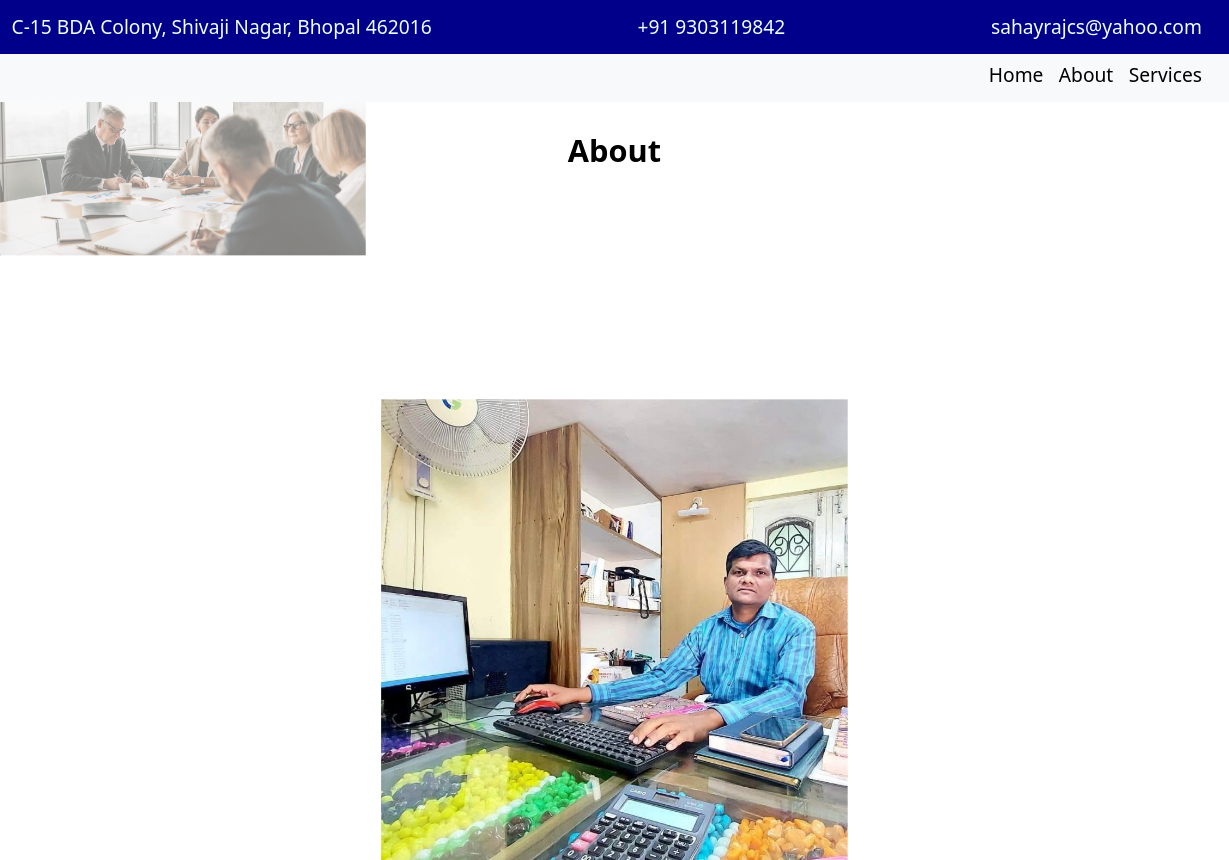
Repository: aayushiss/CS-RSS
Page: about.html
The author's editor kept a copy of each file at every save. The page is drawn from the files as they stood at one save, then again after the next save.
The browser window is 1280 px wide. The pictures show the whole page, at 96% of full size.

Above is the page before, as saved 2025-05-16 20:25:39.

### about.html
<!DOCTYPE html>
<html lang="en">
    <head>
        <meta charset="UTF-8">
        <meta name="viewport" content="width=device-width, initial-scale=1.0">
        <title>R. S. Shrivastava</title>
        <link href="https://cdn.jsdelivr.net/npm/bootstrap@5.3.3/dist/css/bootstrap.min.css" rel="stylesheet"
            integrity="sha384-QWTKZyjpPEjISv5WaRU9OFeRpok6YctnYmDr5pNlyT2bRjXh0JMhjY6hW+ALEwIH" crossorigin="anonymous">
        <link rel="stylesheet" type="text/css" href="style.css">
    </head>
<body>
    <nav class="navbar fixed-top custom-navbar">
        <div class="container-fluid d-flex justify-content-between">
            <a class="navbar-brand"
                href="https://www.google.com/maps/place/R+S+SHRIVASTAVA+%26+ASSOCIATES/@23.2288499,77.4244091,17z/data=!3m1!4b1!4m6!3m5!1s0x397c425fada83073:0xcb1e8ba90a487f4e!8m2!3d23.228845!4d77.426984!16s%2Fg%2F1td0r8v9?entry=ttu&g_ep=EgoyMDI1MDUxMi4wIKXMDSoASAFQAw%3D%3D"
                target="_blank">C-15 BDA Colony, Shivaji Nagar, Bhopal 462016</a>
            <a class="navbar-brand" href="" tel:+919303119842"">+91 9303119842</a>
            <a class="navbar-brand" href="mailto:sahayrajcs@yahoo.com">sahayrajcs@yahoo.com</a>
        </div>
    </nav>
    <div class="navbar-space"></div>

    <nav class="navbar sticky-top second-navbar bg-light">
        <div class="container-fluid d-flex justify-content-end">
            <a class="navbar-brand" href="index.html">Home</a>
            <a class="navbar-brand" href="about.html">About</a>
            <a class="navbar-brand" href="services.html">Services</a>
        </div>
    </nav>

    <div class="position-relative" style="margin-bottom: 150px;" id="contact-section">
        <img src="images/haveAQuery.jpg" class="img-fluid" alt="..."
            style="opacity: .5; height: 10rem; width: fit-content;">
        <h2 class="position-absolute start-50 translate-middle-x text-black fw-bold" style="top: 20%;">
            About
        </h2>
    </div>
    <div class="text-center">
        <img src="images/AboutImage.jpeg" class="img-fluid" style="height: 30rem;">
    </div>
</body>
</html>

### style.css
.custom-navbar {
    background-color: darkblue;
}

.custom-navbar .navbar-brand {
    color: azure;
}

.navbar-space {
    margin-top: 50px;
}

.second-navbar .navbar-brand {
    color: black;
}

.custom-card {
    height: 25vh;
}

.custom-card .card-img {
    height: 100%;
    object-fit: cover;
}

.container-fluid .card {
    padding: 10px;
}

.container-fluid .card-title {
    font-family: 'Times New Roman', Times, serif;
    font-weight: bold;
    font-size: xx-large;
}

.container-fluid .col-md-8 .card-title {
    font-family: 'Times New Roman', Times, serif;
    font-size: large;
}

.footer-links ul {
    list-style: none;
    text-decoration: none;
}

.footer-links a {
    color: white;
    text-decoration: none;
}

After the next save:
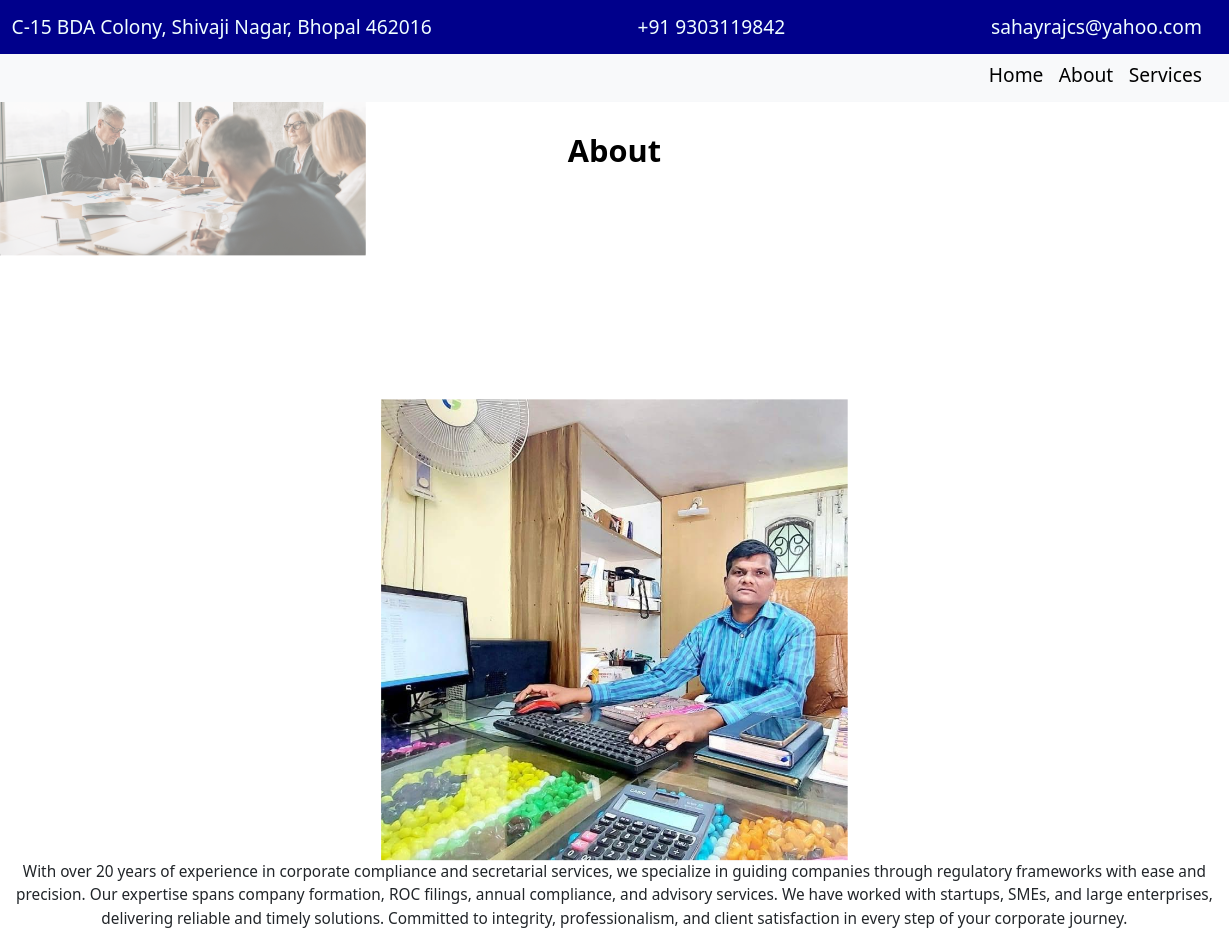
Saved 4 min 21 s later.
--- a/about.html
+++ b/about.html
@@ -37,6 +37,10 @@
     </div>
     <div class="text-center">
         <img src="images/AboutImage.jpeg" class="img-fluid" style="height: 30rem;">
+        <p>With over 20 years of experience in corporate compliance and secretarial services, we specialize in guiding companies through regulatory frameworks with ease and precision.
+            Our expertise spans company formation, ROC filings, annual compliance, and advisory services.
+            We have worked with startups, SMEs, and large enterprises, delivering reliable and timely solutions.
+            Committed to integrity, professionalism, and client satisfaction in every step of your corporate journey.</p>
     </div>
 </body>
 </html>
